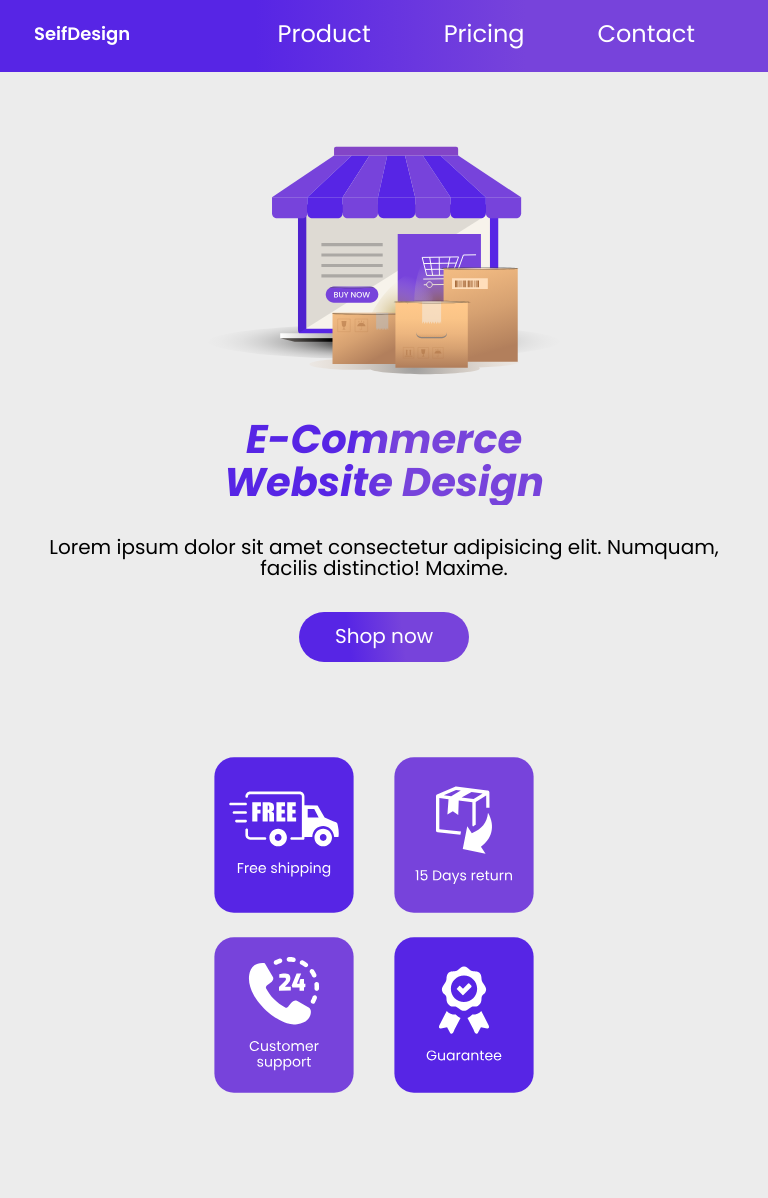
Repository: NatiqSamiyev/commers-desing-JS
Page: index.html
An editor plug-in stored every save of this project. The page is shown before and after a run of saves, followed by the edit.
The browser window is 768 px wide. The pictures show the whole page.
Some web fonts or font styles are not loaded; a fallback is used.

Above is the page before, as saved 2023-11-06 12:01:07.

### index.html
<!DOCTYPE html>
<html lang="en">
  <head>
    <meta charset="UTF-8" />
    <meta name="viewport" content="width=device-width, initial-scale=1.0" />
    <title>Document</title>
    <link rel="stylesheet" href="index.css" />
  </head>
  <body>
    <div class="commerse-design-container">
      <div class="top-container">


        <nav>
          <h1>SeifDesign</h1>
          <ul>
            <li>
              <a href="#">Product</a>
            </li>
            <li>
              <a href="#">Pricing</a>
            </li>
            <li>
              <a href="#">Contact</a>
            </li>
          </ul>
          <button>
            <img src="./image/Frame 1.svg" alt="">
          </button>
        </nav>


      </div>

      <main>
        <div class="image-container">
          <div class="box-1">
            <h2>E-Commerce Website Design</h2>
            <p>
              Lorem ipsum dolor sit amet consectetur adipisicing elit. Numquam,
              facilis distinctio! Maxime.
            </p>
            <button>
              <a href="#">Shop now</a>
            </button>
          </div>

          <div class="box-2">
            <img src="./image/Group.svg" alt="" />
          </div>
        </div>


        <div class="bottom-container">
          <div class="box-1">
            <img src="./image/Frame 12.svg" alt="" />
            <img src="./image/Frame 11.svg" alt="" />
          </div>
         <div class="box-2">
          <img src="./image/Frame 10.svg" alt="" />
          <img src="./image/Frame 13.svg" alt="" />
         </div>

        </div>
      </main>


  </body>
  <script src="./index.js"></script>
</html>

### index.css
@import url("https://fonts.googleapis.com/css2?family=Epilogue:wght@400;600;700;800;900&family=Inter:wght@400;500;600;700&family=Laila:wght@700&family=Open+Sans:wght@400;600;700;800&family=Poppins:ital,wght@0,400;0,500;0,600;0,700;1,700&family=Roboto+Slab:wght@700&family=Roboto:wght@400;700;900&display=swap");

* {
  margin: 0;
  padding: 0;
  box-sizing: border-box;
}

.commerse-design-container {
  width: 100%;
  padding: 0 0 33px 0;
  min-height: 100vh;
}

.top-container {
  width: 100%;
  padding: 16px 0 21px 34px;
  background: linear-gradient(270deg, #7743db 31.64%, #5725e5 66.78%);
}

.top-container h1 {
  color: #fff;
  font-family: Poppins;
  font-size: 26px;
  font-style: normal;
  font-weight: 600;
  line-height: normal;
}

.top-container nav {
  display: flex;
  justify-content: space-between;
  align-items: center;
}
.top-container nav button {
  background: none;
  border: none;
  display: none;
}

.top-container nav ul {
  display: flex;
}

.top-container nav ul li {
  margin-right: 73px;
  list-style-type: none;
}

.top-container nav ul li a {
  text-decoration: none;
  color: #fff;
  text-align: center;
  font-family: Poppins;
  font-size: 24px;
  font-style: normal;
  font-weight: 300;
  line-height: normal;
}

main {
  width: 100%;
  padding: 100px 83px;
}
main .image-container {
  margin-bottom: 83px;
  display: flex;
  justify-content: space-between;
}

.box-1 h2 {
  margin-bottom: 32px;
  font-family: Poppins;
  font-size: 68px;
  font-style: italic;
  font-weight: 700;
  line-height: 109%;
  background: linear-gradient(268deg, #7743db 46.2%, #5725e5 59.09%);
  background-clip: text;
  -webkit-background-clip: text;
  -webkit-text-fill-color: transparent;
}

.box-1 p {
  margin-bottom: 32px;
  color: #000;
  font-family: Poppins;
  font-size: 26px;
  font-style: normal;
  font-weight: 300;
  line-height: 109%;
}

.box-1 button {
  width: 170px;
  height: 50px;
  padding: 0px 24px;
  display: flex;
  justify-content: center;
  align-items: center;
  gap: 10px;
  border-radius: 25px;
  background: linear-gradient(263deg, #7743db 38.81%, #5725e5 70.24%);
  border: none;
}

.box-1 button a {
  text-decoration: none;
  color: #fff;
  font-family: Poppins;
  font-size: 20px;
  font-style: normal;
  font-weight: 400;
  line-height: 109%;
}

.box-2 img {
  width: 677.61px;
  height: 437.417px;
}

.bottom-container {
  display: flex;
  justify-content: center;
}

.bottom-container img {
  margin-right: 64px;
  width: 178px;
  height: 199px;
  padding: 10px;
  border-radius: 25px;
}
.bottom-container .box-1 {
  display: flex;
}

.bottom-container .box-2 {
  display: flex;
}
/* mobile design */

@media screen and (max-width: 768px) {
  .commerse-design-container {
    background-color: #ececec;
  }

  .top-container h1 {
    font-size: 18px;
  }
  main {
    padding: 60px 20px;
    margin-bottom: 0;
  }
nav ul{
  display: none;
}
  .image-container .box-2 {
    margin-bottom: 29px;
    display: flex;
    justify-content: center;
    align-items: center;
  }
  .image-container {
    flex-direction: column-reverse;
  }
  .image-container .box-2 img {
    width: 352px;
    height: 256.511px;
  }

  .image-container .box-1 {
    width: 100%;
    display: flex;
    justify-content: center;
    flex-direction: column;
    align-items: center;
  }

  .image-container .box-1 h2 {
    width: 390px;
    text-align: center;
    font-size: 40px;
  }

  .box-1 p {
    text-align: center;
    font-size: 20px;
  }

  .bottom-container {
    margin-top: 46px;
    display: flex;
    flex-direction: column;
  }
  .bottom-container .box-2 {
    flex-direction: row-reverse;
    justify-content: center;
  }
  .bottom-container .box-1 {
    justify-content: center;
  }
  .bottom-container img {
    width: 160px;
    height: 180px;
    margin-right: 20px;
  }

  .box-1 button {
    margin-bottom: 0;
  }
}

Loaded but not shown: index.js (no stored copy; drawn as an empty file)

After the next 2 saves:
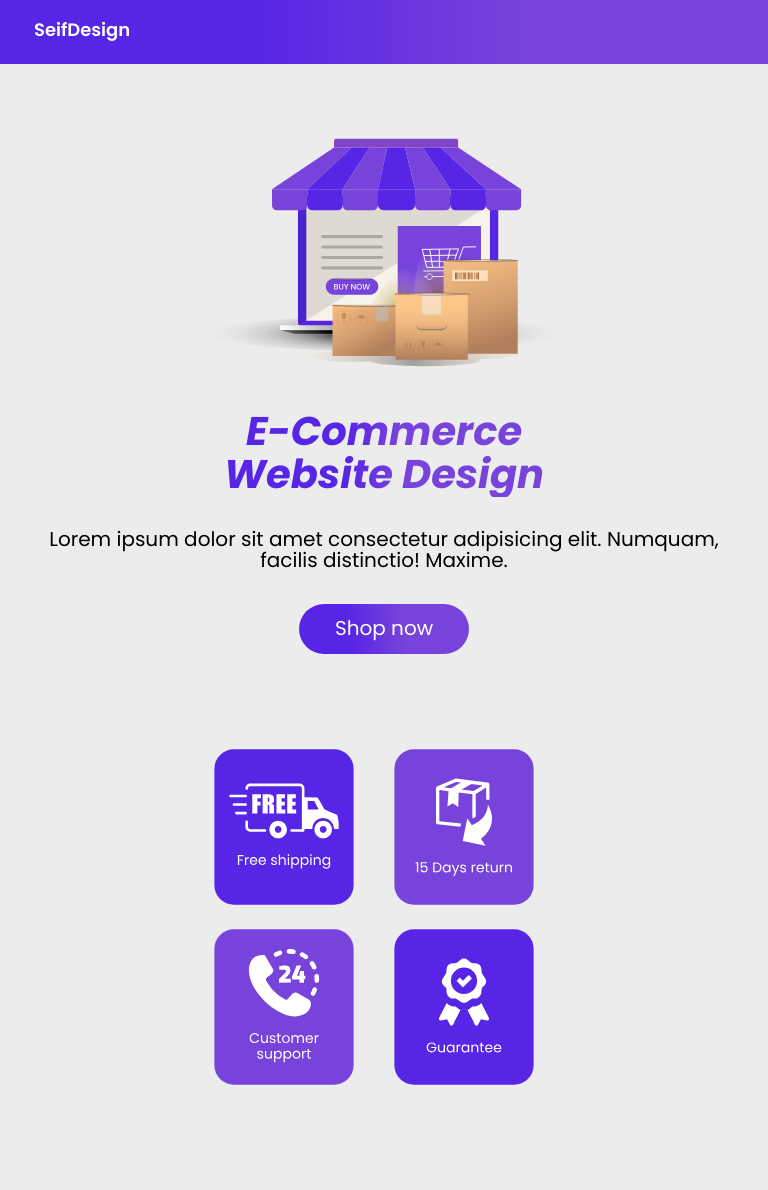
The 2 saves are shown as one change because they came seconds apart.
The last was saved 40 s later.
--- a/index.css
+++ b/index.css
@@ -152,7 +152,7 @@ main .image-container {
     padding: 60px 20px;
     margin-bottom: 0;
   }
-nav ul{
+.top-container nav ul{
   display: none;
 }
   .image-container .box-2 {
